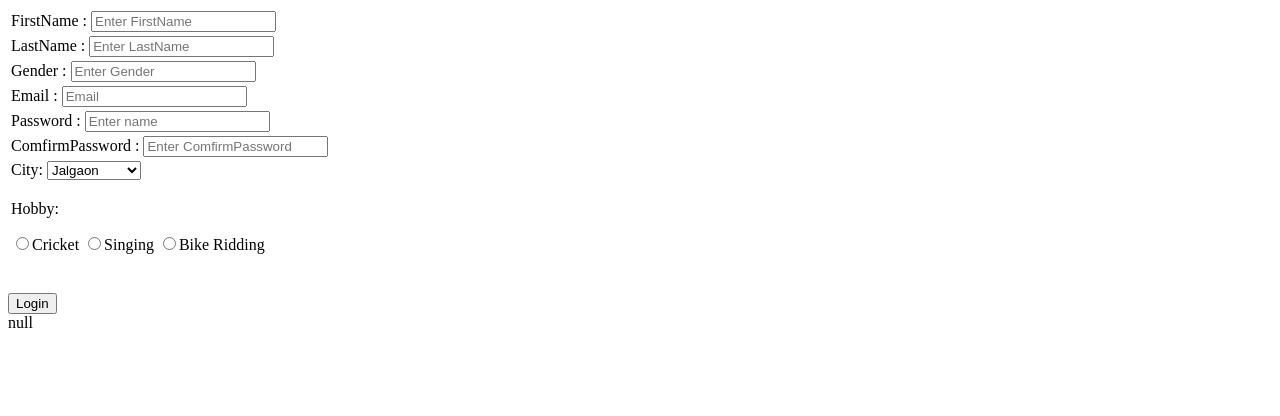
Repository: yogendra-dashore/java-ism
Page: http://localhost/23-ism-jee/Registration.jsp
These files come from the project's save history. The page is drawn as it stood at one moment and after the next save; the edit follows.
The browser window is 1280 px wide. The pictures show the whole page.
The page is served by Tomcat 9. Other server files are loaded and not shown.

Above is the page before, as saved 2023-04-03 04:18:18.

### 23-ism-jee/src/main/webapp/Registration.jsp
<%@ page language="java" contentType="text/html; charset=UTF-8"
    pageEncoding="UTF-8"%>
<!DOCTYPE html>
<html>
<head>
<meta charset="UTF-8">
<title>Insert title here</title>
</head>
<body>

	<%
		String error = (String)request.getAttribute("error");
	%>

<form action="Registration" method="post">
<table>
<tr><td>FirstName : <input type="text" name="FirstName" placeholder="Enter FirstName"></td></tr>
<tr><td>LastName : <input type="text" name="LastName" placeholder="Enter LastName"></td></tr>
<tr><td>Gender : <input type="text" name="Gender" placeholder="Enter Gender"></td></tr>
<tr><td>Email : <input type="text" name="Email" placeholder="Email"></td></tr>
<tr><td>Password : <input type="Password" name="Password" placeholder="Enter name"></td></tr>
<tr><td>ComfirmPassword : <input type="ComfirmPassword" name="ComfirmPassword" placeholder="Enter ComfirmPassword"></td></tr>
<tr> <td> <label for="City">City:</label>
    <select id="city" name="city">
    <option value="Jalgaon">Jalgaon</option>
    <option value="Pune">Pune</option>
    <option value="Mumbai">Mumbai</option>
    <option value="Ahmedabad">Ahmedabad</option>
  </select>
 </tr> </td>

           <tr><td> <p>Hobby:</p>
  <input type="radio" id="hobbi1" name="Hobbi" value="Cricket">Cricket

  <input type="radio" id="hobbi2" name="Hobbi" value="60">Singing

  <input type="radio" id="hobbi3" name="Hobbi" value="100">Bike Ridding

 </tr> </td>
</table>
<br><br>
<input type="submit" value="Login">


</form>
<%=error%>

</body>
</html>

After the next save:
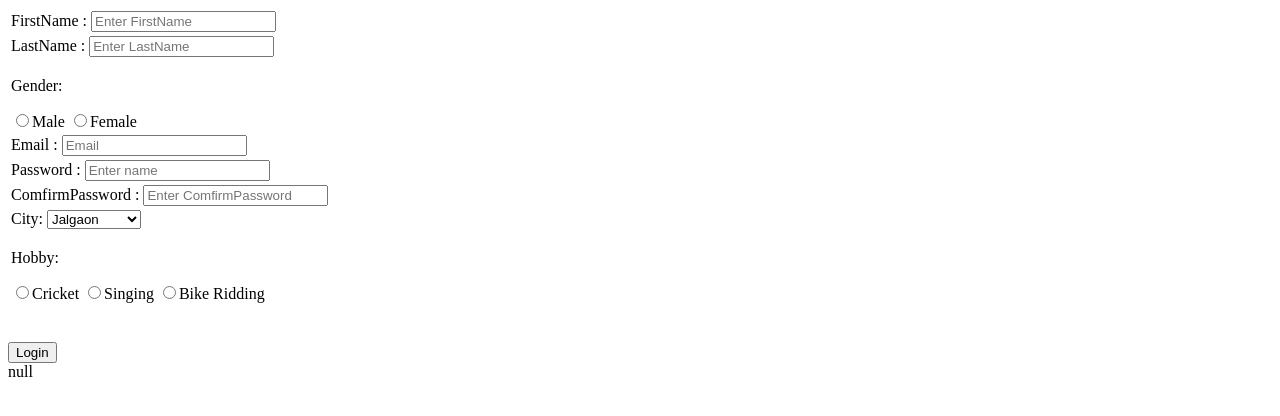
Saved 8 min 14 s later.
--- a/23-ism-jee/src/main/webapp/Registration.jsp
+++ b/23-ism-jee/src/main/webapp/Registration.jsp
@@ -16,7 +16,11 @@
 <table>
 <tr><td>FirstName : <input type="text" name="FirstName" placeholder="Enter FirstName"></td></tr>
 <tr><td>LastName : <input type="text" name="LastName" placeholder="Enter LastName"></td></tr>
-<tr><td>Gender : <input type="text" name="Gender" placeholder="Enter Gender"></td></tr>
+ <tr><td> <p>Gender:</p>
+  <input type="radio" id="gender1" name="Gender" value="Male">Male
+  <input type="radio" id="gender2" name="Gender" value="Female">Female
+
+ </tr> </td>
 <tr><td>Email : <input type="text" name="Email" placeholder="Email"></td></tr>
 <tr><td>Password : <input type="Password" name="Password" placeholder="Enter name"></td></tr>
 <tr><td>ComfirmPassword : <input type="ComfirmPassword" name="ComfirmPassword" placeholder="Enter ComfirmPassword"></td></tr>
